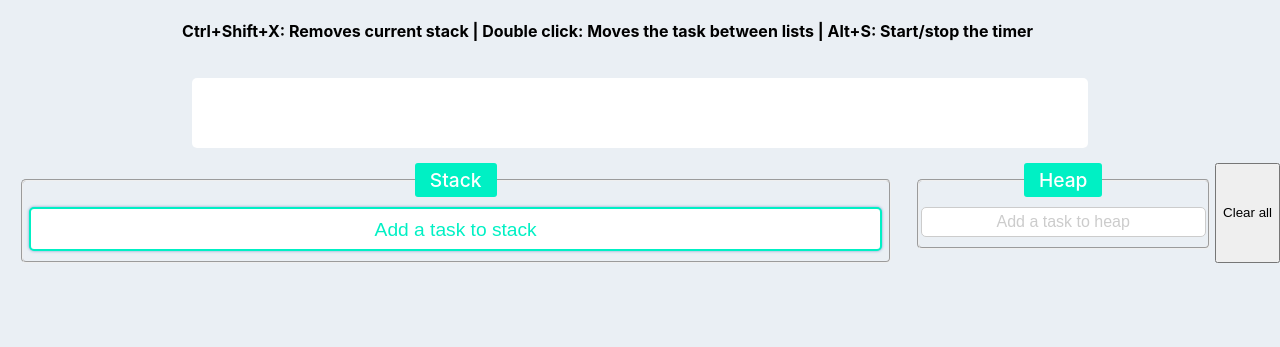
Repository: litalsh/meeting_v1
Page: /
An editor plug-in stored every save of this project. The page is shown before and after the next save, followed by the edit.
The browser window is 1280 px wide. The pictures show the whole page.
The project was rebuilt for these pictures with package versions that can differ from the ones it lists, and the page was loaded fresh each time. Also part of the build but not shown: src/Task.js.

Above is the page before, as saved 2020-12-13 18:17:30.

### public/index.html
<!DOCTYPE html>
<html lang="en">
  <head>
    <meta charset="utf-8" />
    <meta name="viewport" content="width=device-width, initial-scale=1" />
    <meta name="theme-color" content="#000000" />
    <meta
      name="description"
      content="Web site created using create-react-app"
    />
    <link rel="apple-touch-icon" href="%PUBLIC_URL%/logo192.png" />
    <!--
      manifest.json provides metadata used when your web app is installed on a
      user's mobile device or desktop. See https://developers.google.com/web/fundamentals/web-app-manifest/
    -->
    <link rel="manifest" href="%PUBLIC_URL%/manifest.json" />
    <!--
      Notice the use of %PUBLIC_URL% in the tags above.
      It will be replaced with the URL of the `public` folder during the build.
      Only files inside the `public` folder can be referenced from the HTML.

      Unlike "/favicon.ico" or "favicon.ico", "%PUBLIC_URL%/favicon.ico" will
      work correctly both with client-side routing and a non-root public URL.
      Learn how to configure a non-root public URL by running `npm run build`.
    -->
    <title>Meeting Managment App</title>
  </head>
  <body>
    <noscript>You need to enable JavaScript to run this app.</noscript>
    <div id="root"></div>
    <!--
      This HTML file is a template.
      If you open it directly in the browser, you will see an empty page.

      You can add webfonts, meta tags, or analytics to this file.
      The build step will place the bundled scripts into the <body> tag.

      To begin the development, run `npm start` or `yarn start`.
      To create a production bundle, use `npm run build` or `yarn build`.
    -->
  </body>
</html>

### src/App.js
import React, { useState, useEffect } from "react";
import "./App.css";
import { v4 as uuidv4 } from "uuid";
import Task from "./Task";
import useLocalStorage from './useLocalStorage';

const App = () => {
  const [stack, setStack] = useLocalStorage('stack', []);
  const [heap, setHeap] = useLocalStorage('heap', []);
  const [timer, setTimer] = useState(stack[0] !== undefined ? stack[stack.length - 1].duration * 60 : 0);
  const [isRunning, setIsRunning] = useState(false);

  const newTaskHandler = (event) => {
    if (event.which === 13 && event.target.value !== '') {
      setStack([
        ...stack,
        { id: uuidv4(), type: 'stack', topic: event.target.value, duration: 5 , isDone: false }
      ]);
      event.target.value = '';
    };
  };

  const newHeapHandler = (event) => {
    if (event.which === 13 && event.target.value !== '') {
      setHeap([
        ...heap,
        { id: uuidv4(), type: 'heap', topic: event.target.value, duration: 5, isDone: false }
      ]);
      event.target.value = '';
    };
  };

  const taskRemoveHandler = (id, type) => {
    if(type === 'stack'){
    const taskIndex = stack.findIndex(task => {
      return task.id === id;
    });

    let tempList = [...stack];
    tempList.splice(tempList[taskIndex], 1);
    setStack(tempList);
    if(taskIndex === stack.length - 1 ){
      setIsRunning(false);
      setTimer(stack[stack.length - 1].duration * 60);
    }
  };
    if(type === 'heap'){
      const taskIndex = heap.findIndex(task => {
        return task.id === id;
      });

      let tempList = [...heap];
      tempList.splice(tempList[taskIndex], 1);
      setHeap(tempList)
    };
    return console.log('taskRmoveHandler: ', stack);

  }

  const keyboardRemoveHandler = (e) => {

    if (e.ctrlKey && e.shiftKey && e.which === 88) {
      let tempStack = [...stack];
      tempStack.splice(tempStack.length - 1, 1);
      setStack(tempStack);
      setIsRunning(false);
      setTimer(stack[stack.length - 1].duration * 60);
    }
  }

  const keyboardStartTimerHandler = (e) => {
    if (e.altKey && e.which === 83) {
      !isRunning ? setIsRunning(true) : setIsRunning(false) ;
    }
  }

  useEffect(() => {
    if (document){
      document.addEventListener('keydown', keyboardRemoveHandler);
    }
    return () => {
      document.removeEventListener('keydown', keyboardRemoveHandler);
    }
  }, [stack]);

  useEffect(() => {
    if (document){
      document.addEventListener('keydown', keyboardStartTimerHandler);
      if(isRunning) {
        const id = window.setInterval(() => {
          setTimer(timer => timer-1);
        }, 1000);
        return () => window.clearInterval(id);
      }
    }
    return () => {
      document.removeEventListener('keydown', keyboardStartTimerHandler);
    }
  }, [isRunning])

  // const keyboardCangeListHandler = (e, id, type) => {

  //   if (e.ctrlKey && e.which === 77) {
  //     changeListHandler(id, type);
  //   }
  // }

  const changeListHandler = (id, type) => {
    // move task from stack to heap
    if (type === 'stack') {
      const taskIndex = stack.findIndex(task => {
        return task.id === id;
      });
      setHeap([...heap, { id: stack[taskIndex].id, type: 'heap', topic: stack[taskIndex].topic, duration: stack[taskIndex].duration, isDone: false }]);

      let tempStack = [...stack];
      tempStack.splice(taskIndex, 1);
      setStack(tempStack);
      console.log('change to heap ', stack, '  ', heap)
    };

    // move task from heap to stack
    if (type === 'heap') {
      const taskIndex = heap.findIndex(task => {
        return task.id === id;
      });
      setStack([...stack, { id: heap[taskIndex].id, type: 'stack', topic: heap[taskIndex].topic, duration: heap[taskIndex].duration, isDone: false }]);

      let tempHeap = [...heap];
      tempHeap.splice(taskIndex, 1);
      setHeap(tempHeap);
      console.log('change to stack ', stack, '  ', heap)
    };
  }

  const clearListsHandler = () => {
    setHeap([]);
    setStack([]);
  }

  return (
    <div className="container">
      <h4>Ctrl+Shift+X: Removes current stack  |  Double click: Moves the task between lists  |  Alt+S: Start/stop the timer</h4>
      <div className="current-task">
       {stack[0] !== undefined ?  <span>{Math.floor(timer / 60)}:{Math.abs(timer % 60)}</span> : null}
        <h1>{stack[0] !== undefined ? stack[stack.length - 1].topic : null}</h1>
      </div>
      <fieldset className="task-list stack-list">
      <legend>Stack</legend>
        <ul>
          <>
            {console.log('1', stack)}
            {stack[0] !== undefined ? stack.map((task, id) => (
              <Task title={task.topic}
                key={id}
                remove={() => taskRemoveHandler(task.id, task.type)}
                move={() => changeListHandler(task.id, task.type)}
                class={"stack_item"}
                 />
            )) : null}
          </>
        </ul>
        <input type="text" placeholder="Add a task to stack" onKeyDown={newTaskHandler} className='stack-input'  autoFocus aria-flowto='heap-input' />
      </fieldset>

      <fieldset className="task-list">
        <legend>Heap</legend>
        <input type="text" placeholder="Add a task to heap" onKeyDown={newHeapHandler} className='heap-input'  aria-flowto='stack-input' />
        <ul>
          <>
            {console.log('2', heap)}
            {heap[0] !== undefined ? heap.map((task, id) => (
              <Task title={task.topic}
                key={id}
                remove={() => taskRemoveHandler(task.id, task.type)}
                move={() => changeListHandler(task.id, task.type)}
                class={"heap_item"}/>
            )) : null}
          </>
        </ul>
      </fieldset>
      <button className='clear-btn' onClick={() => clearListsHandler()}>Clear all</button>
    </div>
  );
};

export default App;

### src/App.css
body{
 background-color:  #eaeff4;
}

h4 {
  text-align: center;
  grid-column: 1/3;}

.container {
  display: grid;
  grid-template-columns: 3fr 1fr;
}

.current-task {
  text-align: center;
  height: 70px;
  grid-column: 1/5;
  width: 70%;
  background: #fff;
  margin: 15px auto;
  border-radius: 5px;
  display: flex;
  align-items: center;
  flex-direction: column;
  justify-content: center;
}

.task-list {
  display: flex;
  flex-direction: column;
  align-self: start;
  border-radius: 5px;
  min-height: 4rem;
  padding: 5px 0;
  width: 95%;
  margin: 0 auto;
 }

 .stack-list ul {
   display: flex;
   flex-direction: column-reverse;
 }

 legend {
  margin: 0 auto;
  font-size: 1.2rem;
  font-weight: 500;
  background-color: #00f0c4;
  padding: 5px 15px;
  color: #fff;
  border-radius: 3px;
 }

ul {
  list-style-type: none;
  margin: 0;
  padding: 0;
}

li {
  border: 1px solid AliceBlue;
  width: 70%;
  line-height: 40px;
  margin: -1px auto;
  position: relative;
  background-color: #fff;
  cursor: pointer;
}

.stack_item {
  width: 98%;
  line-height: 40px;
  margin: 3px auto;
  position: relative;
  text-align: center;
  border-radius: 5px;
}

.heap_item {
  width: 98%;
  line-height: 1.8em;
  margin: 3px auto;
  position: relative;
  text-align: center;
  border-radius: 5px;
  font-size: 1rem;
}

.stack-input {
  border: 2px solid #00f0c4;
  width: 98%;
  line-height: 40px;
  margin: 5px auto;
  position: relative;
  text-align: center;
  border-radius: 5px;
  font-size: 1.3rem;
  padding: 0;
}

.heap-input {
  border: 1px solid #ccc;
  width: 98%;
  line-height: 1.8em;
  margin: 5px auto;
  position: relative;
  text-align: center;
  border-radius: 5px;
  font-size: 1rem;
  padding: 0;
}

.stack-input::placeholder{
  color: #00f0c4;
  font-size: 1.2rem;
}

.heap-input::placeholder{
  color: #ccc;
  font-size: 1rem;
}

.stack-input:focus {
  outline: none !important;
  border: 2px solid #00f0c4;
  box-shadow: 0 0 3px #719ECE;
}

.remove {
  width: 1.5vw;
  height: 1.5vw;
  position: absolute;
  top: 50%;
  right: 10px;
  transform: translateY(-50%);
  border-radius: 50%;
  border: none;
  font-weight: bold;
  color: gray;
  cursor: pointer;
  font-size: 0.8rem;
}

### src/useLocalStorage.js
import React, { useState, useEffect } from "react";

const PREFIX = 'meeting-manament-';


const useLocalStorage = (key, initialValue) => {
  const prefixedKey = PREFIX + key
  const [value, setValue] = useState(() => {
    const jsonValue = localStorage.getItem(prefixedKey)
    if (jsonValue != null) return JSON.parse(jsonValue)
    if (typeof initialValue === 'function') {
      return initialValue()
    } else {
      return initialValue
    }
  })

  useEffect(() => {
    localStorage.setItem(prefixedKey, JSON.stringify(value))
  }, [prefixedKey, value])

  return [value, setValue]
}


export default useLocalStorage;

Loaded but not shown: src/index.js (common file); src/index.css (common file); src/reportWebVitals.js (common file)

After the next save:
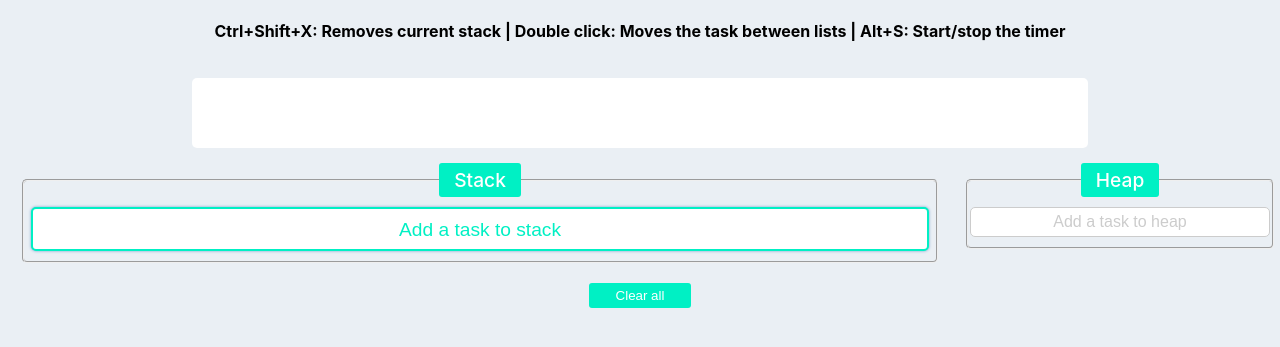
Saved 52 min 16 s later.
--- a/src/App.css
+++ b/src/App.css
@@ -39,6 +39,13 @@ h4 {
  .stack-list ul {
    display: flex;
    flex-direction: column-reverse;
+ }
+
+ .heap-list ul {
+  display: flex;
+  flex-direction: row;
+  flex-flow: wrap;
+  justify-content: space-evenly;
  }
 
  legend {
@@ -140,3 +147,16 @@ li {
   cursor: pointer;
   font-size: 0.8rem;
 }
+
+.clear-btn {
+  display: flex;
+  grid-column: 1/5;
+  width: 8%;
+  margin: 20px auto;
+  justify-content: center;
+  border: none;
+  background-color: #00f0c4;
+  padding: 5px 15px;
+  color: #fff;
+  border-radius: 3px;
+}
